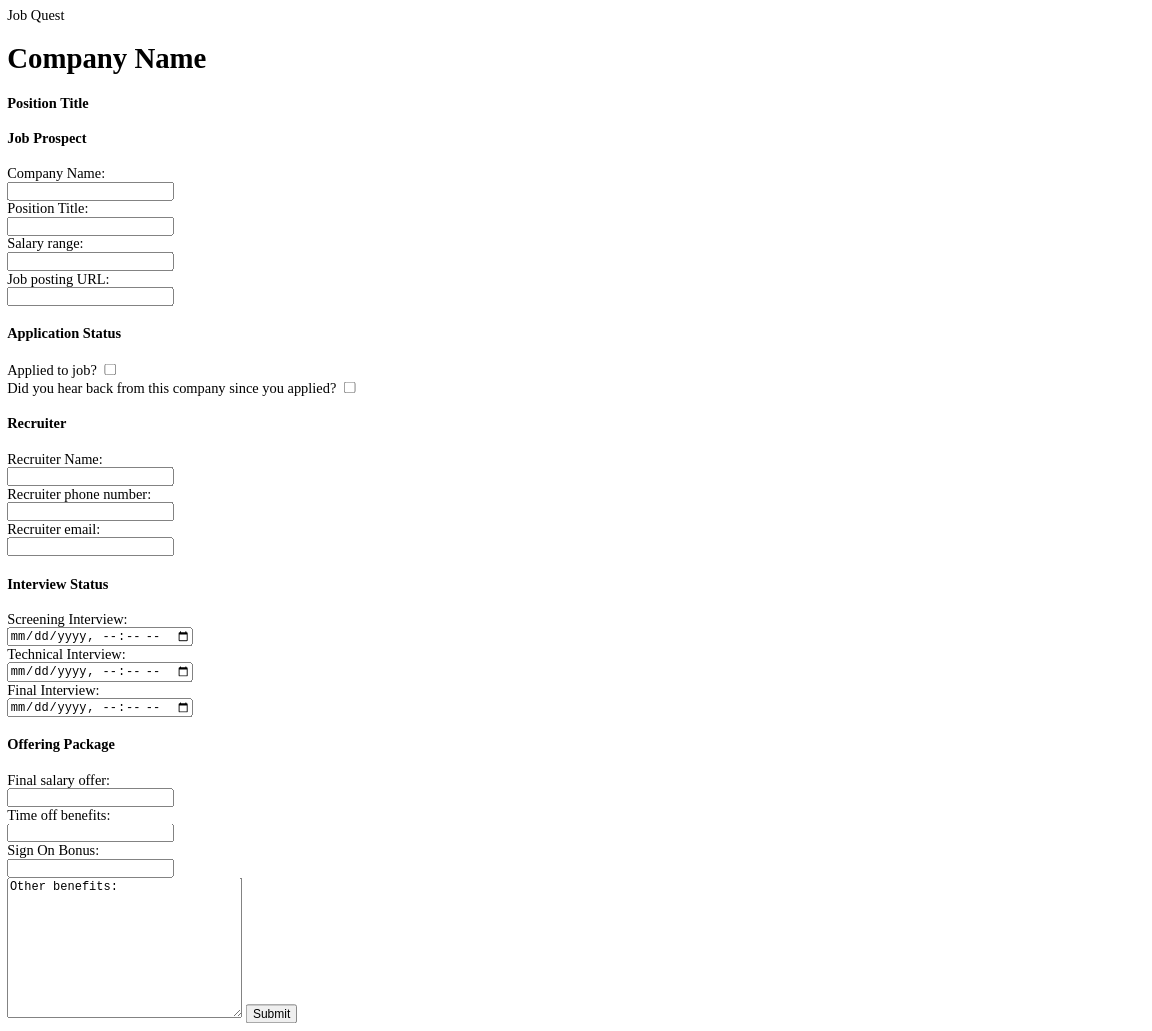
Repository: AllSystemsRGeorge/Job-Quest
Page: utils/mainPageHelper.html
These files come from the project's save history. The page is drawn as it stood at one moment and after the next save; the edit follows.
The browser window is 1280 px wide. The pictures show the whole page, at 90% of full size.

Above is the page before, as saved 2022-08-04 17:54:14.

### utils/mainPageHelper.html
<!DOCTYPE html>
<html lang="en">
<head>
    <meta charset="UTF-8">
    <meta http-equiv="X-UA-Compatible" content="IE=edge">
    <meta name="viewport" content="width=device-width, initial-scale=1.0">
    <title>Job Quest</title>
</head>
<body>
    <nav>Job Quest</nav>
    <div class="jobCard">
        <div class="cardHeader">
            <h1>Company Name</h1>
            <h4>Position Title</h4>
        </div>
    </div>
    <form>
        <!-- job summary -->
        <h4>Job Prospect</h4>
        <label for="name">Company Name:</label><br>
        <input type="text" name="name"><br>
        <label for="position">Position Title:</label><br>
        <input type="text" name="position"><br>
        <label for="initialSalary">Salary range:</label><br>
        <input type="number" name="initialSalary"><br>
        <label for="jobDesLink">Job posting URL: </label><br>
        <input type="url" name="jobDesLink">

        <!-- application process -->
        <h4>Application Status</h4>
        <label for="applied">Applied to job?</label>
        <input type="checkbox" name="jobApplication"><br>
        <label for="feedback">Did you hear back from this company since you applied?</label>
        <input type="checkbox" name="feedback"><br>

        <!-- recruiter contact info -->
        <h4>Recruiter</h4>
        <label for="recName">Recruiter Name:</label><br>
        <input type="text" name="recName"><br>
        <label for="recPhoneNum">Recruiter phone number:</label><br>
        <input type="tel" name="recPhoneNum"><br>
        <label for="recEmail">Recruiter email:</label><br>
        <input type="email" name="recEmail"><br>

        <!-- interview process -->
        <h4>Interview Status</h4>
        <label for="screeningInt">Screening Interview:</label><br>
        <input type="datetime-local" name="screeningInt"><br>
        <label for="technicalInt">Technical Interview:</label><br>
        <input type="datetime-local" name="technicalInt"><br>
        <label for="finalInt">Final Interview:</label><br>
        <input type="datetime-local" name="finalInt"><br>

        <!-- hiring process -->
        <h4>Offering Package</h4>
        <label for="finalSalary">Final salary offer:</label><br>
        <input type="number" name="finalSalary"><br>
        <label for="finalSalary">Time off benefits:</label><br>
        <input type="text" name="finalSalary"><br>
        <label for="stockOpt">Sign On Bonus:</label><br>
        <input type="number" name="finalSalary"><br>
        <textarea name="otherBenefits" id="" cols="30" rows="10">Other benefits:</textarea>

        <input type="submit">
    </form>
</body>
</html>

After the next save:
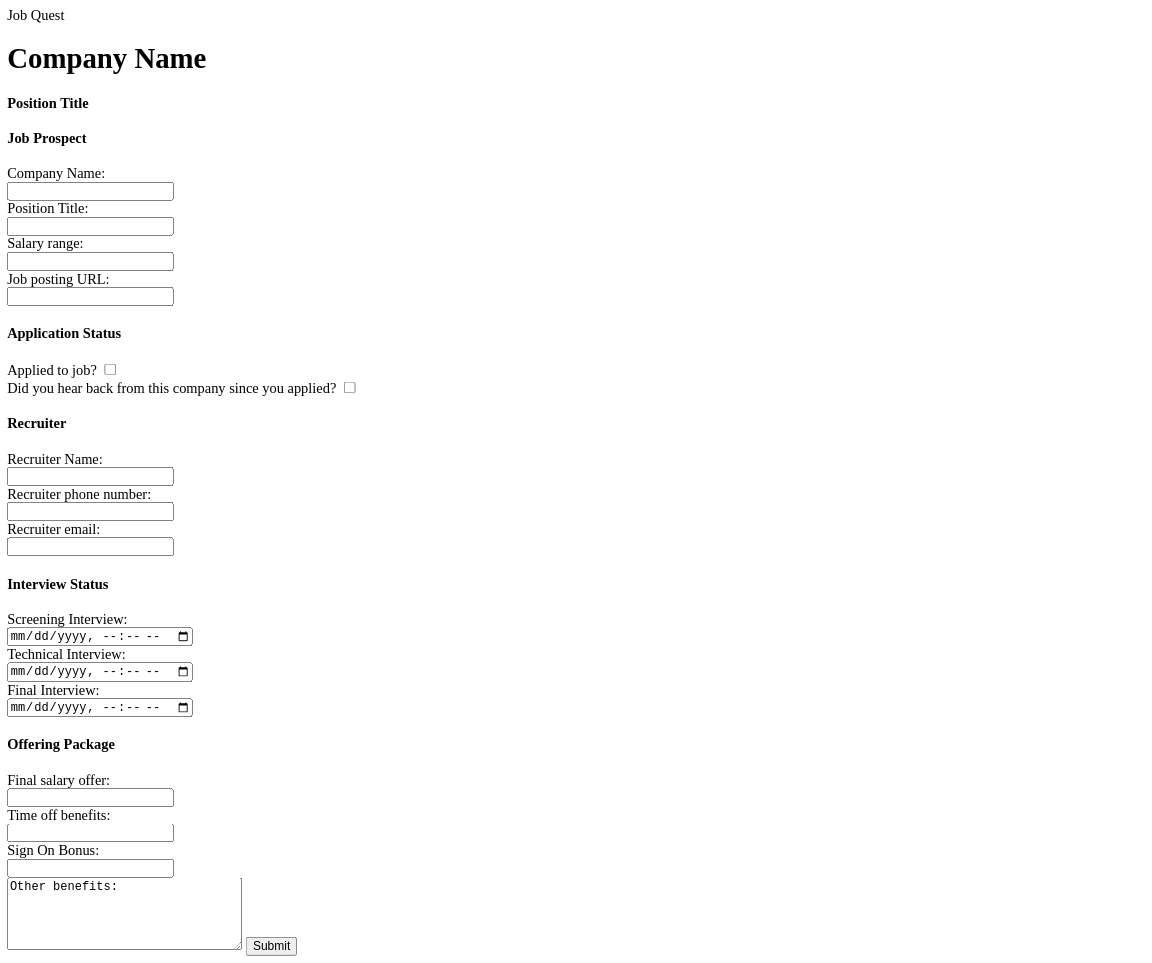
Saved 3 min 24 s later.
--- a/utils/mainPageHelper.html
+++ b/utils/mainPageHelper.html
@@ -59,7 +59,7 @@
         <input type="text" name="finalSalary"><br>
         <label for="stockOpt">Sign On Bonus:</label><br>
         <input type="number" name="finalSalary"><br>
-        <textarea name="otherBenefits" id="" cols="30" rows="10">Other benefits:</textarea>
+        <textarea name="otherBenefits" id="" cols="30" rows="5">Other benefits:</textarea>
 
         <input type="submit">
     </form>
